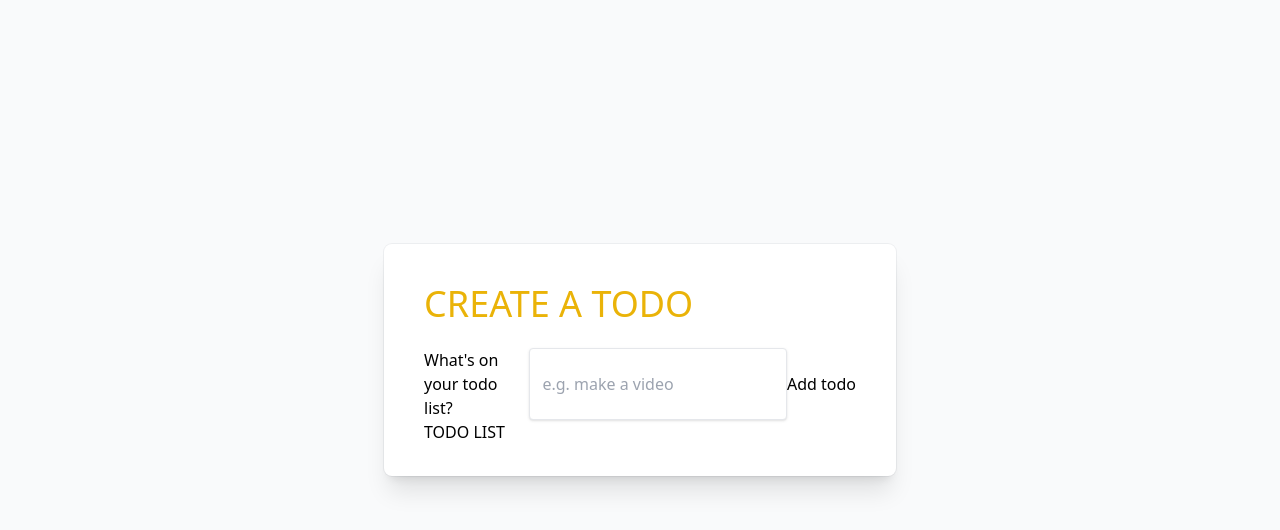
Repository: Kajo-lab/vue-todo
Page: /
The author's editor kept a copy of each file at every save. The page is drawn from the files as they stood at one save, then again after the next save.
The browser window is 1280 px wide. The pictures show the whole page.
The project was rebuilt for these pictures with package versions that can differ from the ones it lists, and the page was loaded fresh each time. Also part of the build but not shown: vite.config.js, webpack.config.js.

Above is the page before, as saved 2022-07-07 16:35:27.

### src/main.js
import { createApp } from 'vue'
import App from './App.vue'
import "./assets/tailwind.css";

createApp(App).mount('#app')

### src/App.vue
<script setup>
import { ref, onMounted, computed, watch } from 'vue'

const todos = ref([])
const name = ref('')

const input_content = ref('')

const todos_asc = computed(() => todos.value.sort((a,b) =>{
	return a.createdAt - b.createdAt
}))

watch(name, (newVal) => {
	localStorage.setItem('name', newVal)
})

watch(todos, (newVal) => {
	localStorage.setItem('todos', JSON.stringify(newVal))
}, {
	deep: true
})

const addTodo = () => {
  if (input_content.value.trim() === '') {
    return
  }

	todos.value.push({
		content: input_content.value,
		done: false,
		editable: false,
		createdAt: new Date().getTime()
	})
}

const removeTodo = (todo) => {
	todos.value = todos.value.filter((t) => t !== todo)
}

onMounted(() => {
	name.value = localStorage.getItem('name') || ''
	todos.value = JSON.parse(localStorage.getItem('todos')) || []
})
</script>

<template>

<main class="relative flex min-h-screen flex-col justify-center overflow-hidden bg-gray-50 py-6 sm:py-12">
	<div class="relative bg-white px-6 pt-10 pb-8 shadow-xl ring-1 ring-gray-900/5 sm:mx-auto sm:max-w-lg sm:rounded-lg sm:px-10">
		<section class="create-todo">
		<h1 class="text-4xl text-yellow-500 mb-6">CREATE A TODO</h1>
				<form id="new-todo-form" class="flex" @submit.prevent="addTodo">
					<h4>What's on your todo list?</h4>
					<input
						class="shadow appearance-none border rounded w-full py-2 px-3 text-gray-700 leading-tight focus:outline-none focus:shadow-outline"
						type="text"
						name="content"
						id="content"
						placeholder="e.g. make a video"
						v-model="input_content" />

					<input type="submit" value="Add todo" />
				</form>
		</section>

		<section class="todo-list">
				<h3>TODO LIST</h3>

				<div class="list" id="todo-list">
					<div v-for="todo in todos_asc" :key="`todo-item ${todo.done && 'done'}`">

						<div class="todo-content">
							<input type="text" v-model="todo.content" />
						</div>

						<div class="actions">
							<button class="delete" @click="removeTodo(todo)">Delete</button>
						</div>
					</div>
				</div>
		</section>
	</div>
</main>

</template>

<style src="./assets/tailwind.css"></style>

Loaded but not shown: src/assets/tailwind.css (common file); tailwind.config.js (common file)

After the next save:
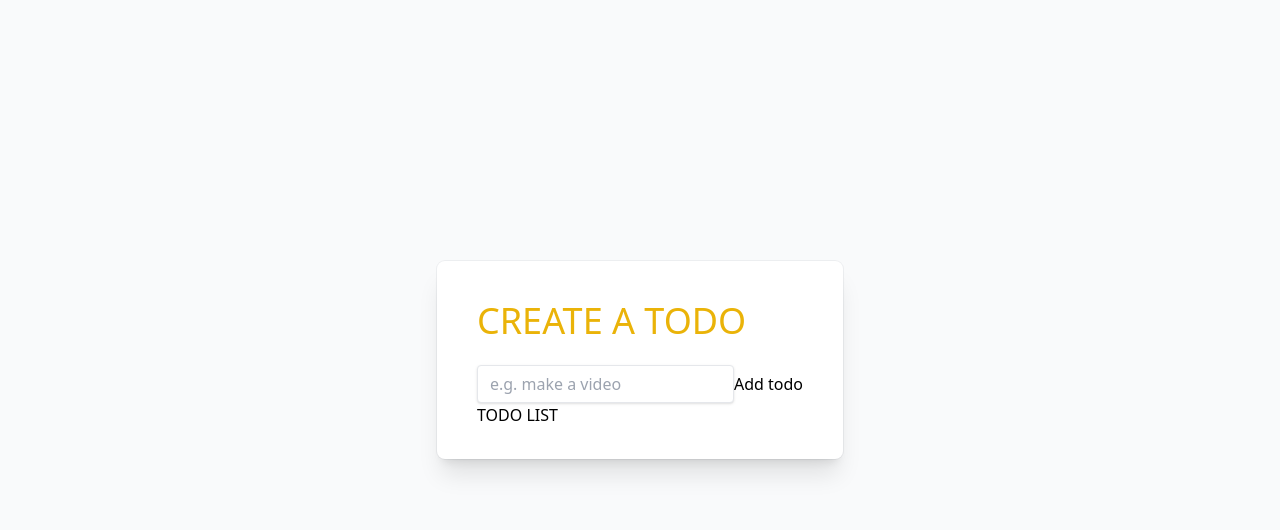
Saved 18 s later.
--- a/src/App.vue
+++ b/src/App.vue
@@ -50,7 +50,6 @@ onMounted(() => {
 		<section class="create-todo">
 		<h1 class="text-4xl text-yellow-500 mb-6">CREATE A TODO</h1>
 				<form id="new-todo-form" class="flex" @submit.prevent="addTodo">
-					<h4>What's on your todo list?</h4>
 					<input
 						class="shadow appearance-none border rounded w-full py-2 px-3 text-gray-700 leading-tight focus:outline-none focus:shadow-outline"
 						type="text"
